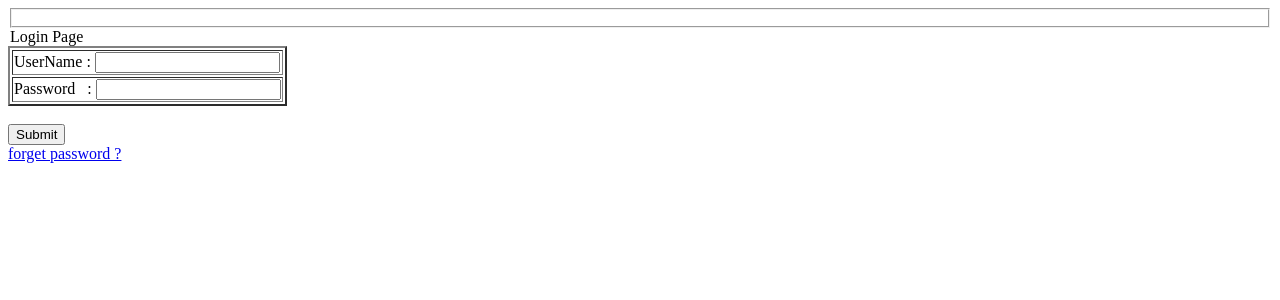
Repository: vishaldhardubey/Java-Programs-BridgeIT
Page: Maven/StudentInfoApplication/WebContent/loginPage.html
An editor plug-in stored every save of this project. The page is shown before and after the next save, followed by the edit.
The browser window is 1280 px wide. The pictures show the whole page.

Above is the page before, as saved 2018-06-20 06:25:54.

After the next save:
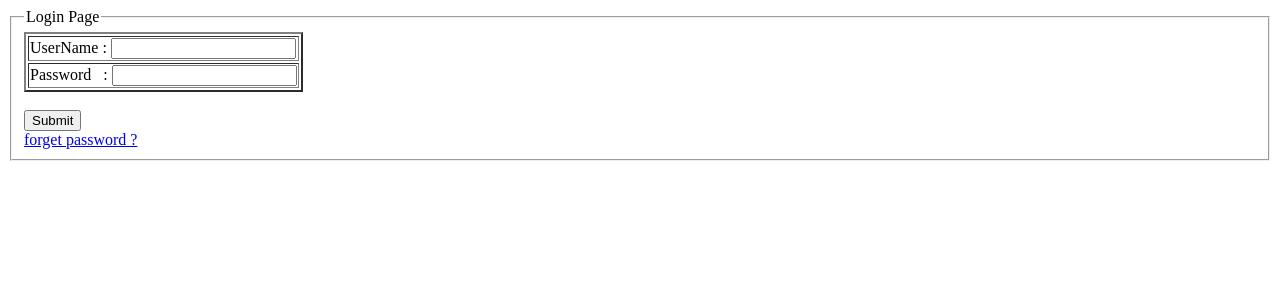
Saved 45 s later.
--- a/Maven/StudentInfoApplication/WebContent/loginPage.html
+++ b/Maven/StudentInfoApplication/WebContent/loginPage.html
@@ -11,7 +11,7 @@ function Validation(){
 </script>
 </head>
 <body>
-<fieldset title="Change Password"></fieldset>
+<fieldset title="Change Password">
 <legend> Login Page</legend>
 <form action="login" method="POST">
 	<table border="2">
@@ -30,5 +30,6 @@ function Validation(){
 	<input type="submit" value="Submit"><br>
 	<a href="changePassword.html">forget password ?</a>
 	</form>
+	</fieldset>
 </body>
 </html>
